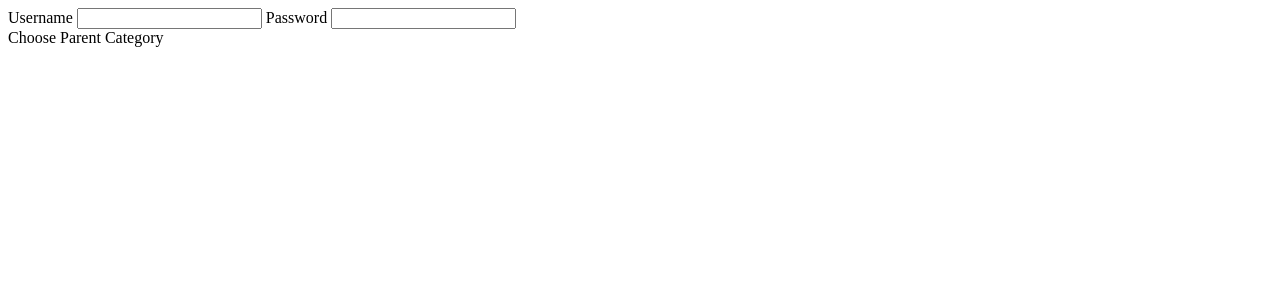
Repository: dvbondoy/peddler-pos
Page: www/product/templates/categories.html
These files come from the project's save history. The page is drawn as it stood at one moment and after the next save; the edit follows.
The browser window is 1280 px wide. The pictures show the whole page.

Above is the page before, as saved 2016-12-05 22:17:35.

After the next save:
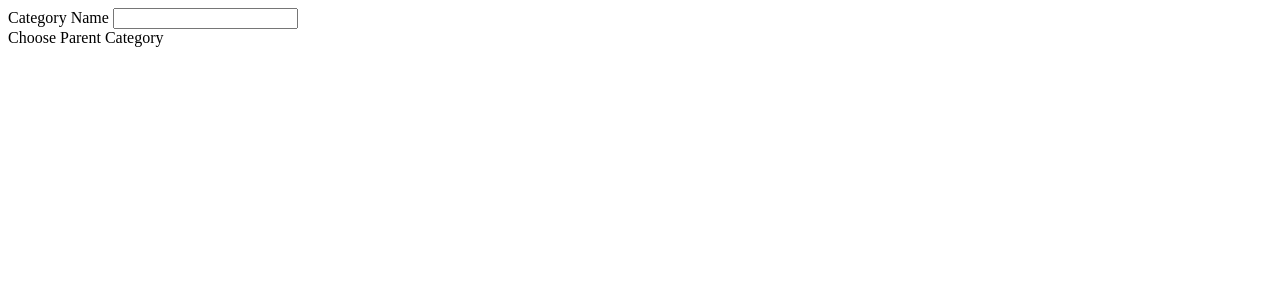
Saved 60 s later.
--- a/www/product/templates/categories.html
+++ b/www/product/templates/categories.html
@@ -3,19 +3,13 @@
     <div class="padding">
       <div class="list">
         <label class="item item-input">
-          <span class="input-label">Username</span>
+          <span class="input-label">Category Name</span>
           <input type="text">
-        </label>
-        <label class="item item-input">
-          <span class="input-label">Password</span>
-          <input type="password">
         </label>
       </div>
       <div class="padding">
-        <div class="padding">
-          Choose Parent Category
-          <span class="pull-right ion-chevron-down"></span>
-        </div>
+        Choose Parent Category
+        <span class="pull-right ion-chevron-down"></span>
       </div>
     </div>
   </ion-content>
